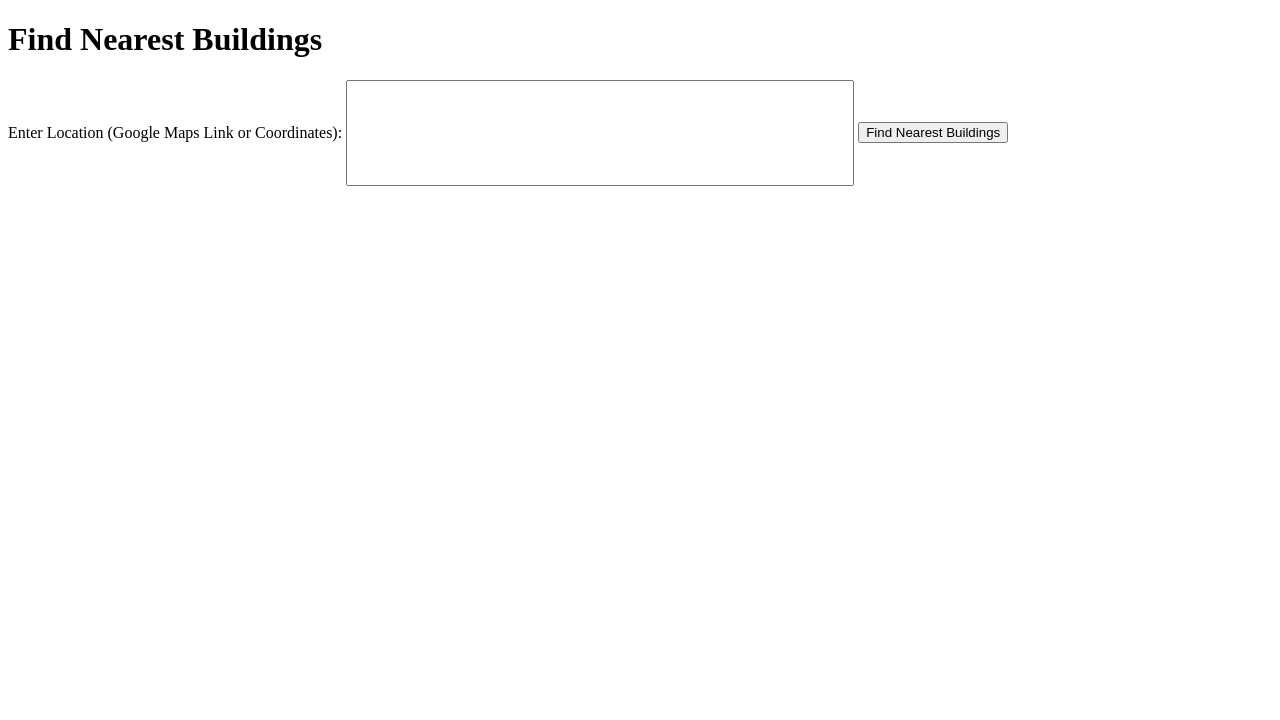
Repository: tuansanji/findmap
Page: index.html
The author's editor kept a copy of each file at every save. The page is drawn from the files as they stood at one save, then again after the next save.
The browser window is 1280 px wide. The pictures show the whole page.

Above is the page before, as saved 2023-09-16 00:57:48.

### index.html
<!DOCTYPE html>
<html lang="en">
  <head>
    <meta charset="UTF-8" />
    <meta name="viewport" content="width=device-width, initial-scale=1.0" />
    <title>Find Nearest Buildings</title>
  </head>
  <body>
    <h1>Find Nearest Buildings</h1>
    <label for="locationInput"
      >Enter Location (Google Maps Link or Coordinates):</label
    >
    <input
      type="text"
      id="locationInput"
      onkeydown="handleInputKeyDown(event)"
      style="width: 500px; height: 100px"
    />
    <button onclick="findNearestBuildings()">Find Nearest Buildings</button>
    <div id="result" style="display: flex; flex-wrap: wrap"></div>

    <script>
      // Xử lý sự kiện nhấn phím Enter trong ô input
      function handleInputKeyDown(event) {
        if (event.key === "Enter") {
          findNearestBuildings();
        }
      }

      // Hàm tính khoảng cách giữa hai điểm dựa trên tọa độ
      function calculateDistance(coord1, coord2) {
        const [lat1, lon1] = coord1;
        const [lat2, lon2] = coord2;

        const R = 6371; // Bán kính trái đất trong km
        const dLat = (lat2 - lat1) * (Math.PI / 180);
        const dLon = (lon2 - lon1) * (Math.PI / 180);
        const a =
          Math.sin(dLat / 2) * Math.sin(dLat / 2) +
          Math.cos(lat1 * (Math.PI / 180)) *
            Math.cos(lat2 * (Math.PI / 180)) *
            Math.sin(dLon / 2) *
            Math.sin(dLon / 2);
        const c = 2 * Math.atan2(Math.sqrt(a), Math.sqrt(1 - a));
        const distance = R * c;

        return distance;
      }

      // Hàm sắp xếp danh sách tòa nhà theo khoảng cách
      function sortBuildingsByDistance(customerLocation, buildings) {
        const sortedBuildings = buildings.slice(); // Tạo bản sao để không thay đổi mảng gốc
        sortedBuildings.sort((a, b) => {
          const distanceA = calculateDistance(customerLocation, a.location);
          const distanceB = calculateDistance(customerLocation, b.location);
          return distanceA - distanceB;
        });
        return sortedBuildings;
      }

      function findNearestBuildings() {
        const locationInput = document.getElementById("locationInput").value;

        // Xử lý dữ liệu nhập vào (có thể là link Google Maps hoặc tọa độ)
        let customerLocation;
        if (locationInput.includes("google.com/maps")) {
          // Xử lý link Google Maps để trích xuất tọa độ
          // Ví dụ: "https://www.google.com/maps/place/LATITUDE,LONGITUDE"
          const match = locationInput.match(/@([-0-9.]+),([-0-9.]+)/);
          if (match) {
            const latitude = parseFloat(match[1]);
            const longitude = parseFloat(match[2]);
            customerLocation = [latitude, longitude];
          } else {
            alert("Invalid Google Maps link format");
            return;
          }
        } else {
          // Xử lý tọa độ được nhập trực tiếp
          const coords = locationInput.split(",");
          if (coords.length !== 2) {
            alert("Invalid coordinates format");
            return;
          }
          const latitude = parseFloat(coords[0]);
          const longitude = parseFloat(coords[1]);
          customerLocation = [latitude, longitude];
        }

        // Danh sách tòa nhà (thay bằng dữ liệu thật của bạn)
        const buildings = [
          {
            name: " Open 300/600 🇨🇳 Arab Open 500/1000 🇸🇦",
            location: [24.709099, 46.677952],
            image: "../img/1.jpeg",
          },
          {
            name: "Open 300/600 🇨🇳",
            location: [24.614302, 46.757561],
            image: "../img/2.jpeg",
          },
          {
            name: "Open 300/600 🇨🇳",
            location: [24.74888, 46.746197],
            image: "../img/3.jpeg",
          },
          {
            name: "Open 300/600 🇨🇳",
            location: [24.775969, 46.686413],
            image: "../img/4.jpeg",
          },
          {
            name: "Open 300/600 🇨🇳",
            location: [24.765007, 46.766022],
            image: "../img/5.jpeg",
          },
          {
            name: "Open 300/600 🇨🇳",
            location: [24.667753, 46.728447],
            image: "../img/6.jpeg",
          },
          {
            name: "Open 300/600 🇨🇳",
            location: [24.66505, 46.730772],
            image: "../img/7.jpeg",
          },
          {
            name: "Open 300/600 🇨🇳",
            location: [24.698891, 46.722038],
            image: "../img/8.jpeg",
          },
          {
            name: "Open 300/600 🇨🇳",
            location: [24.824713, 46.635332],
            image: "../img/9.jpeg",
          },
          {
            name: "Open 300/600 🇨🇳",
            location: [24.666527, 46.730393],
            image: "../img/10.jpeg",
          },
          {
            name: "Arabic Open 500/1000 🇸🇦",
            location: [24.695709, 46.702053],
            image: "../img/11.jpeg",
          },
          {
            name: "Open 300/600 🇨🇳",
            location: [24.663883, 46.705864],
            image: "../img/12.jpeg",
          },
          {
            name: "Open 300/600 🇨🇳",
            location: [24.750193, 46.780224],
            image: "../img/13.jpeg",
          },
          {
            name: "Arabic Open 500/1000 🇸🇦",
            location: [24.807989, 46.625645],
            image: "../img/14.jpeg",
          },
          {
            name: "Open 300/600 🇨🇳",
            location: [24.780373, 46.766384],
            image: "../img/15.jpeg",
          },
          {
            name: "Open 300/600 🇨🇳",
            location: [24.877214, 46.619591],
            image: "../img/16.jpeg",
          },
          {
            name: "Arabic Open 500/1000 🇸🇦",
            location: [24.7085381, 46.6777878],
            image: "../img/17.jpeg",
          },
          {
            name: "Open 300/600 🇨🇳",
            location: [24.669651, 46.722164],
            image: "../img/18.jpeg",
          },
          {
            name: "Open 300/600 🇨🇳",
            location: [24.726784, 46.60424],
            image: "../img/19.jpeg",
          },
          {
            name: "Open 300/600 🇨🇳",
            location: [24.748894, 46.746208],
            image: "../img/20.jpeg",
          },
          {
            name: "Open 300/600 🇨🇳",
            location: [24.802599, 46.795124],
            image: "../img/21.jpeg",
          },
          {
            name: "Open 300/600 🇨🇳",
            location: [24.637366, 46.57121],
            image: "../img/22.jpeg",
          },
          {
            name: "Open 300/600 No condom 400/1 Ass 500-1🇨🇳",
            location: [24.7991295, 46.6856117],
            image: "../img/61.jpeg",
          },
          {
            name: "Open 300/600 🇨🇳Arabic 500/1000 🇸🇦",
            location: [24.6373653, 46.5686341],
            image: "../img/62.jpeg",
          },
          {
            name: "riyadh map việt 250",
            location: [24.815424, 46.780002],
            image: "../img/22.jpeg",
          },
          {
            name: "Open 300/600 🇨🇳",
            location: [24.7409096, 46.8348503],
            image: "../img/54.jpeg",
          },
          {
            name: "Open 300/600 🇨🇳",
            location: [24.5911446, 46.5914993],
            image: "../img/55.jpeg",
          },
          {
            name: "Open 300/600 🇻🇳🇻🇳",
            location: [24.7558804, 46.7999039],
            image: "../img/56.jpeg",
          },

          {
            name: " Russian Open 500/1000 🇹🇭",
            location: [24.7832661, 46.6595612],
            image: "../img/63.jpeg",
          },
          //   saudi location
          {
            name: "Abha Open 350/600",
            location: [18.282978, 42.591976],
            image: "../img/23.jpeg",
          },

          {
            name: "  Abha Open 350/600 Ass 600-1",
            location: [18.2419, 42.488125],
            image: "../img/24.jpeg",
          },
          {
            name: "Abha Open 350/600",
            location: [18.194075, 42.564247],
            image: "../img/25.jpeg",
          },

          {
            name: "Abha Open 350/600",
            location: [18.225231, 42.587166],
            image: "../img/40.jpeg",
          },

          {
            name: "khobar 26",
            location: [26.289696, 50.186661],
            image: "../img/26.jpeg",
          },

          {
            name: " Khobar 🇨🇳Arab 600/1000 🇸🇦",
            location: [26.2930832, 50.1911163],
            image: "../img/51.jpeg",
          },

          {
            name: "khobar 27",
            location: [26.286106, 50.207184],
            image: "../img/27.jpeg",
          },

          {
            name: "khobar 28",
            location: [26.3034, 50.206261],
            image: "../img/28.jpeg",
          },

          {
            name: "khobar 29",
            location: [26.29373, 50.178825],
            image: "../img/29.jpeg",
          },
          {
            name: "khobar 50",
            location: [26.3015137, 50.1956864],
            image: "../img/50.jpeg",
          },
          {
            name: "saudi 30",
            location: [26.295513, 50.176457],
            image: "../img/30.jpeg",
          },
          {
            name: "Jeddah Open 300/600 Old Customer 🇨🇳",
            location: [21.6190109, 39.1621361],
            image: "../img/64.jpeg",
          },
          {
            name: "saudi 31",
            location: [26.272463, 50.215557],
            image: "../img/31.jpeg",
          },
          {
            name: "Jeddah Open Russian 600/1200🇹🇭",
            location: [21.5192451, 39.1594582],
            image: "../img/66.jpeg",
          },

          {
            name: "hoful 32",
            location: [25.352739, 49.581425],
            image: "../img/32.jpeg",
          },
          {
            name: "jeddah 33",
            location: [21.5792046, 39.1554451],
            image: "../img/65.jpeg",
          },
          {
            name: "jeddah 33",
            location: [21.517334, 39.161301],
            image: "../img/33.jpeg",
          },
          {
            name: "jeddah 52",
            location: [21.620813, 39.191269],
            image: "../img/52.jpeg",
          },
          {
            name: "jeddah 34",
            location: [21.617884, 39.189342],
            image: "../img/34.jpeg",
          },
          {
            name: "jeddah 53",
            location: [21.584362, 39.1601028],
            image: "../img/53.jpeg",
          },

          {
            name: "jeddah 35",
            location: [21.514982, 39.157414],
            image: "../img/35.jpeg",
          },

          {
            name: "jeddah 36",
            location: [21.512943, 39.165569],
            image: "../img/36.jpeg",
          },

          {
            name: "jeddah 37",
            location: [21.568386, 39.177606],
            image: "../img/37.jpeg",
          },

          {
            name: "jeddah 38",
            location: [21.514565, 39.163582],
            image: "../img/38.jpeg",
          },

          {
            name: "jeddah 39",
            location: [21.583387, 39.153301],
            image: "../img/39.jpeg",
          },

          {
            name: "khobar 41",
            location: [26.283901, 50.20348],
            image: "../img/41.jpeg",
          },
          {
            name: "Khobar Open Arabic 600/1200 Ass 800/1",
            location: [26.2911396, 50.1802445],
            image: "../img/58.jpeg",
          },
          {
            name: "jeddah 42",
            location: [21.516012, 39.159382],
            image: "../img/42.jpeg",
          },
          {
            name: "Jeddah Open 300/600 Ass 600-1🇨🇳Arab 600/1000 Ass 800-1",
            location: [21.5682201, 39.1749878],
            image: "../img/60.jpeg",
          },
          {
            name: "jeddah 42",
            location: [21.5202274, 39.1565972],
            image: "../img/59.jpeg",
          },
          {
            name: "jeddah 43",
            location: [21.593284, 39.155973],
            image: "../img/43.jpeg",
          },

          {
            name: "jeddah 44",
            location: [21.615686, 39.164997],
            image: "../img/44.jpeg",
          },

          {
            name: "jeddah 45",
            location: [21.606899, 39.154701],
            image: "../img/45.jpeg",
          },

          {
            name: "jeddah 46",
            location: [21.525054, 39.178978],
            image: "../img/46.jpeg",
          },
          {
            name: "khobar 47",
            location: [26.2720528, 50.2155113],
            image: "../img/47.jpeg",
          },
          {
            name: "jeddah 48",
            location: [21.488344, 39.226261],
            image: "../img/48.jpeg",
          },
          {
            name: "riyadh 49",
            location: [24.7092247, 46.6703377],
            image: "../img/49.jpeg",
          },
          {
            name: "Jeddah Open 300/600 🇨🇳",
            location: [21.5683861, 39.1750298],
            image: "../img/57.jpeg",
          },
          // Thêm các tòa nhà khác
        ];
        const sortedBuildings = sortBuildingsByDistance(
          customerLocation,
          buildings
        );

        // Hiển thị kết quả
        const resultDiv = document.getElementById("result");
        resultDiv.innerHTML = "<h2>Nearest Buildings:</h2>";
        for (const building of sortedBuildings) {
          const distance = calculateDistance(
            customerLocation,
            building.location
          );
          resultDiv.innerHTML += `
  <div style="border: 1px solid #333;    display: flex; flex-basis: calc(25% - 20px); margin-right: 20px; align-items: center; justify-content: space-between; margin-bottom: 20px;flex-direction: column-reverse;">
    <h3>${building.name}</h3>
    <p>Distance: ${distance.toFixed(2)} km</p>
    <p>Location: <a target="_blank" href="${locationToGoogleMapsLink(
      building.location
    )}">View on Google Maps</a></p>
    <img src="${building.image}" alt="${
            building.name
          }" width="200" height="300" />
  </div>
`;
        }
      }

      function locationToGoogleMapsLink(location) {
        return `https://www.google.com/maps/place/${location[0]},${location[1]}`;
      }
    </script>
  </body>
</html>

After the next save:
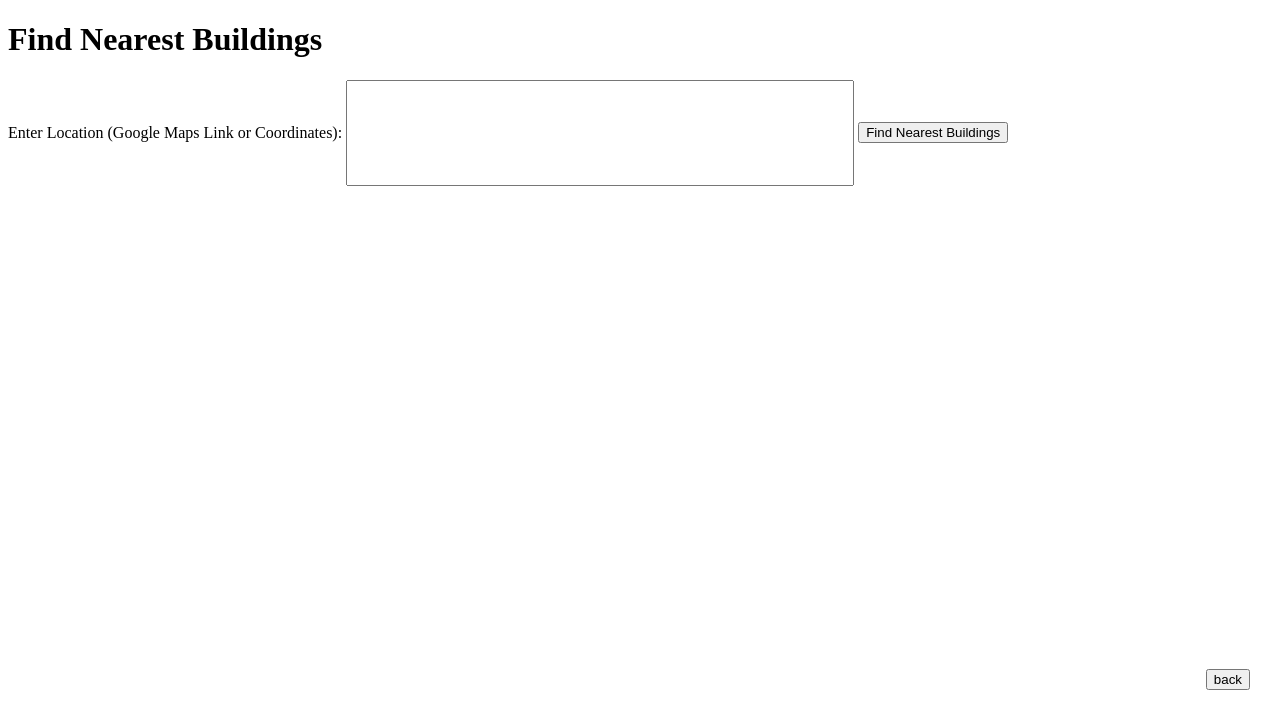
Saved 69 s later.
--- a/index.html
+++ b/index.html
@@ -6,6 +6,7 @@
     <title>Find Nearest Buildings</title>
   </head>
   <body>
+    <button style="position: fixed; bottom: 30px; right: 30px">back</button>
     <h1>Find Nearest Buildings</h1>
     <label for="locationInput"
       >Enter Location (Google Maps Link or Coordinates):</label

After the save that followed:
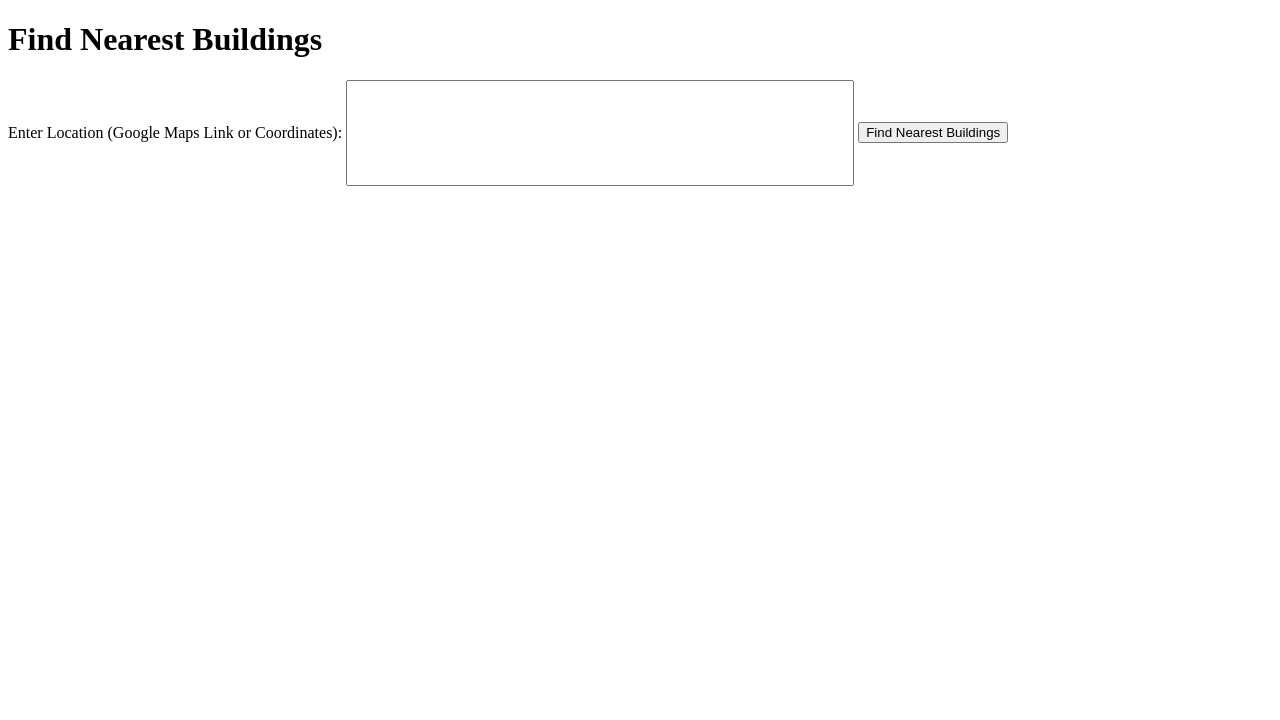
Saved 2 min 0 s later.
--- a/index.html
+++ b/index.html
@@ -6,7 +6,13 @@
     <title>Find Nearest Buildings</title>
   </head>
   <body>
-    <button style="position: fixed; bottom: 30px; right: 30px">back</button>
+    <button
+      onclick="scrollToTop()"
+      id="backToTopBtn"
+      style="position: fixed; bottom: 30px; right: 30px"
+    >
+      back
+    </button>
     <h1>Find Nearest Buildings</h1>
     <label for="locationInput"
       >Enter Location (Google Maps Link or Coordinates):</label
@@ -19,7 +25,31 @@
     />
     <button onclick="findNearestBuildings()">Find Nearest Buildings</button>
     <div id="result" style="display: flex; flex-wrap: wrap"></div>
-
+    <script>
+      // Function to scroll the page back to the top
+      function scrollToTop() {
+        const scrollDuration = 500; // Duration of the scroll animation in milliseconds
+        const scrollStep = -window.scrollY / (scrollDuration / 15);
+
+        const scrollInterval = setInterval(function () {
+          if (window.scrollY !== 0) {
+            window.scrollBy(0, scrollStep);
+          } else {
+            clearInterval(scrollInterval);
+          }
+        }, 15);
+      }
+
+      // Show or hide the back-to-top button based on scroll position
+      window.addEventListener("scroll", function () {
+        const backToTopButton = document.getElementById("backToTopBtn");
+        if (window.scrollY >= 200) {
+          backToTopButton.style.display = "block";
+        } else {
+          backToTopButton.style.display = "none";
+        }
+      });
+    </script>
     <script>
       // Xử lý sự kiện nhấn phím Enter trong ô input
       function handleInputKeyDown(event) {
